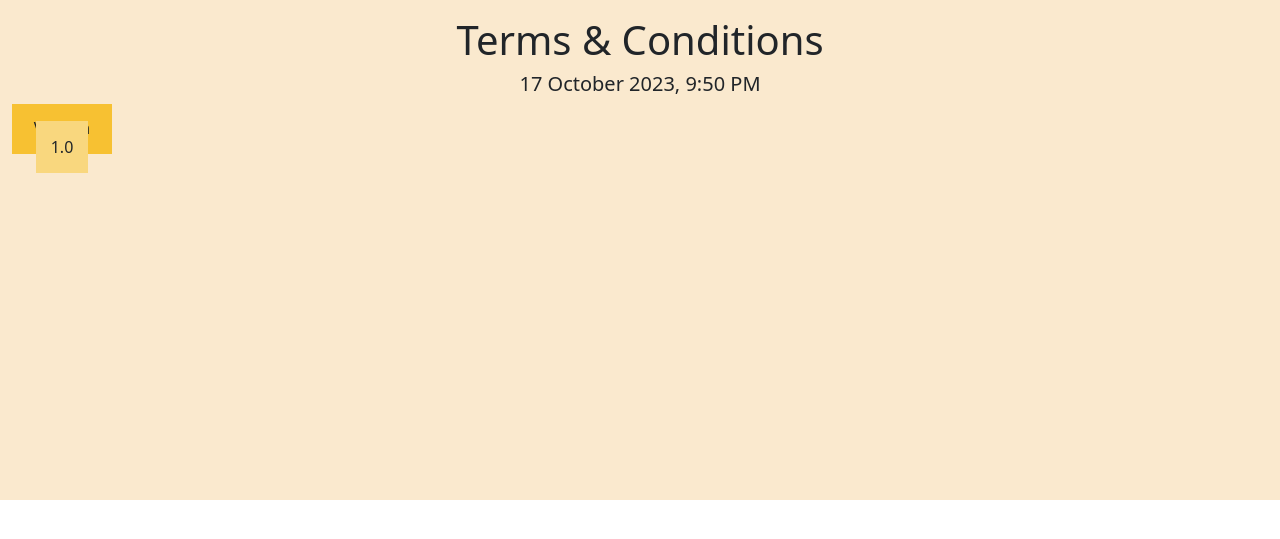
Repository: injectGroup/github.io
Page: terms.html
An editor plug-in stored every save of this project. The page is shown before and after the next save, followed by the edit.
The browser window is 1280 px wide. The pictures show the whole page.

Above is the page before, as saved 2023-11-29 14:23:34.

After the next save:
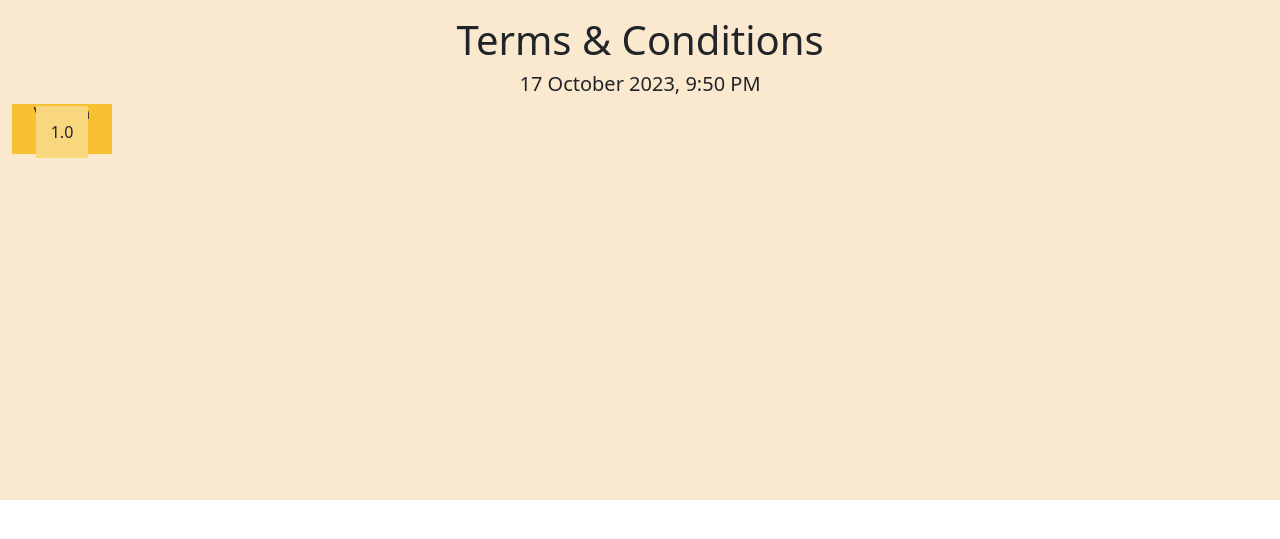
Saved 18 s later.
--- a/gouldwalletlegal/css/gouldcustom.css
+++ b/gouldwalletlegal/css/gouldcustom.css
@@ -23,10 +23,10 @@
 .version {
     width: 100px;
     background-color: #F7C132;
-    padding: 15px;
+
     width: 100px !important;
     height: 50px !important;
-    margin-right: 12px;
+
 }
 
 .version-number {
